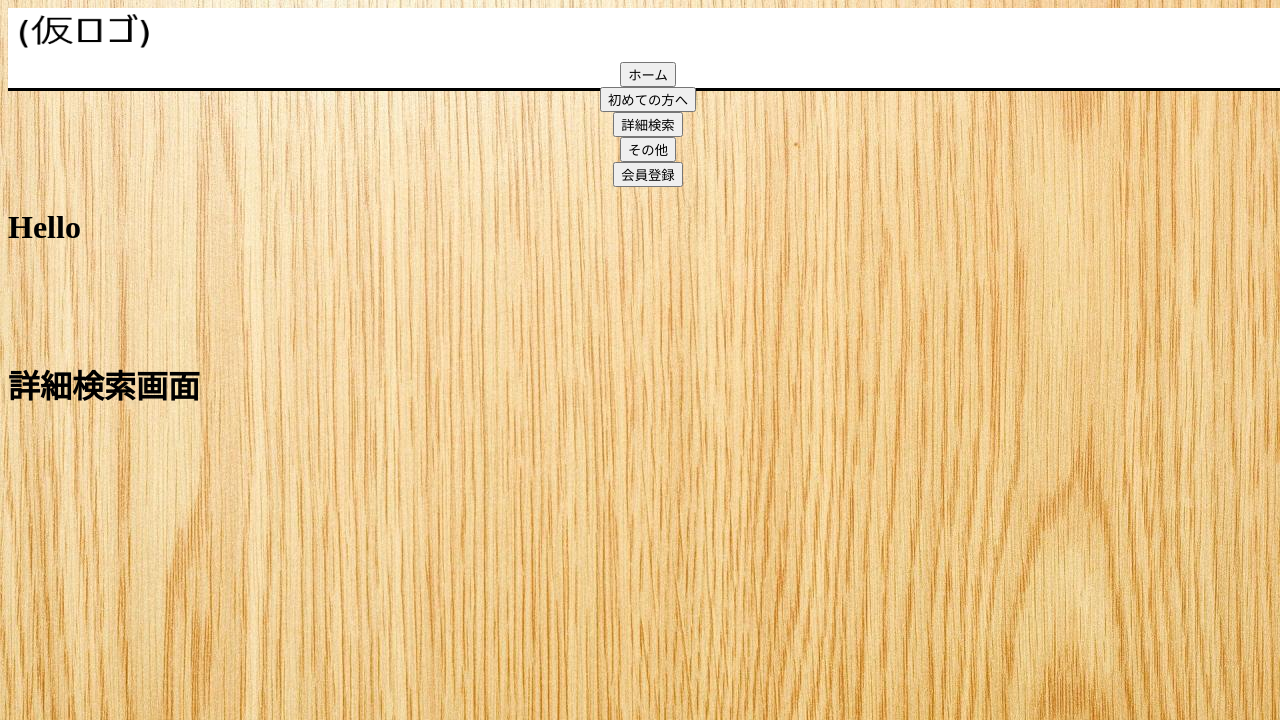
Repository: k0816/backup-master
Page: http://localhost/cycle/PartySearchAction
An editor plug-in stored every save of this project. The page is shown before and after the next save, followed by the edit.
The browser window is 1280 px wide. The pictures show the whole page.
The page is served by Tomcat 9. Queries for data that is not in the repository find no rows.

Above is the page before, as saved 2018-01-09 04:15:29.

After the next save:
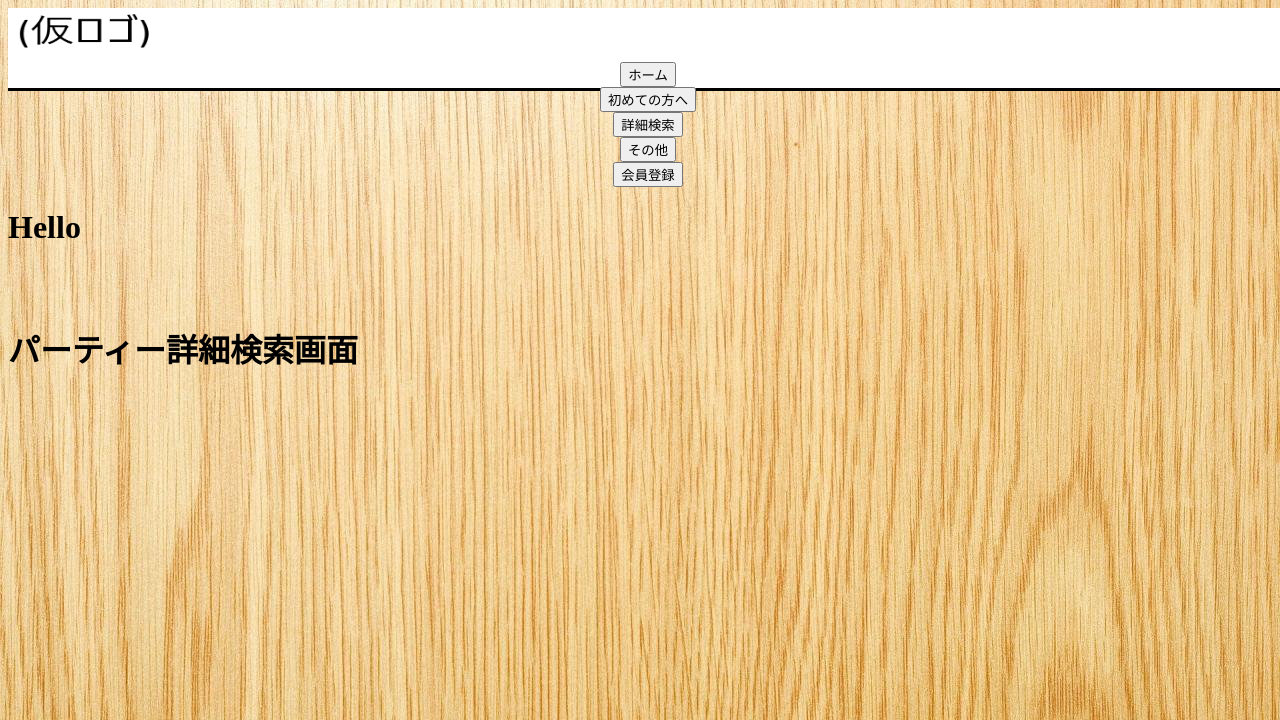
Saved 53 s later.
--- a/cycle/WebContent/partySearch.jsp
+++ b/cycle/WebContent/partySearch.jsp
@@ -23,9 +23,7 @@
 <jsp:include page="/includeHeader.jsp" flush="true" />
 	<br>
 	<br>
-	<br>
-	<br>
-	<h1>詳細検索画面</h1>
+	<h1>パーティー詳細検索画面</h1>
 	<br>
 	<br>
 	<br>
